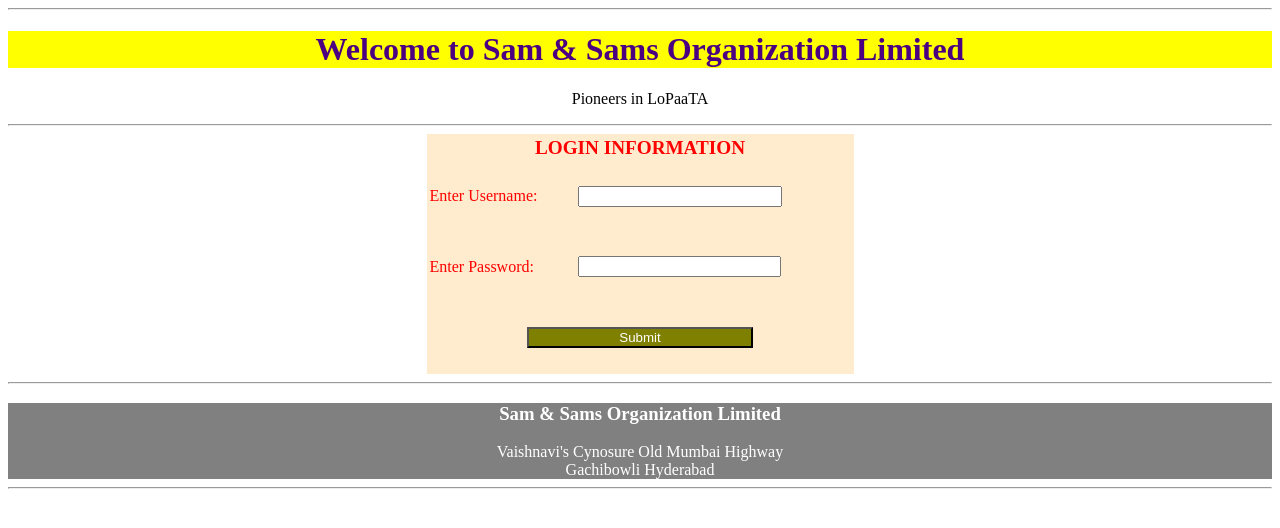
Repository: somnath0796/DeveloperMaterials
Page: http://localhost/JspApp/login.jsp
An editor plug-in stored every save of this project. The page is shown before and after the next save, followed by the edit.
The browser window is 1280 px wide. The pictures show the whole page.
The page is served by Tomcat 9.

Above is the page before, as saved 2018-02-02 09:19:28.

After the next save:
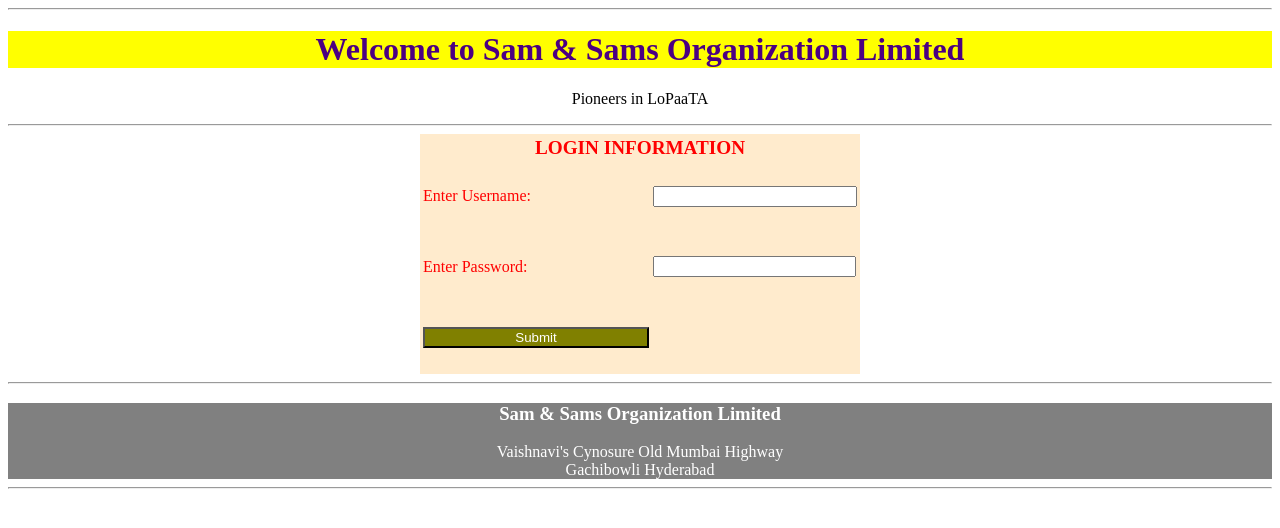
Saved 88 s later.
--- a/JspApp/WebContent/login.jsp
+++ b/JspApp/WebContent/login.jsp
@@ -24,7 +24,8 @@
 			<td>Enter Password: </td> <td> <input type="password" name = "password" style="width: 195px; "></td>
 		</tr>
 		<tr>
-			<td colspan="2" align="center"><input type="submit" value = "Submit" style="width: 226px; background-color: Olive; color: White"></td>
+			<td align="center"><input type="submit" value = "Submit" style="width: 226px; background-color: Olive; color: White"></td>
+			<td><a href=signup.jsp></a></td>
 		</tr>
 		</table>
 		</center>
